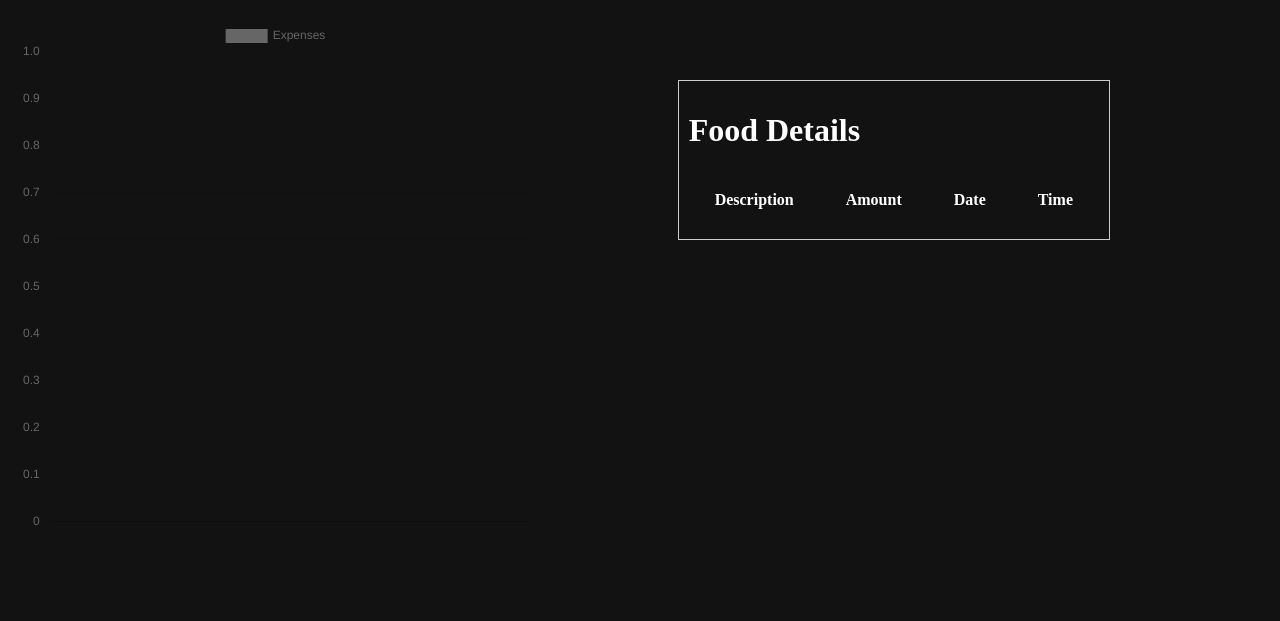
Repository: sarthak-tyagi123/expensetracker12
Page: http://localhost/food_insights
These files come from the project's save history. The page is drawn as it stood at one moment and after a run of saves; the edit follows.
The browser window is 1280 px wide. The pictures show the whole page.
The page is served by the project's Node server (app.js).

Above is the page before, as saved 2025-07-01 16:41:45.

### views/food_insights.ejs
<!DOCTYPE html>
<html lang="en">
<head>
    <meta charset="UTF-8">
    <meta name="viewport" content="width=device-width, initial-scale=1.0">
    <title>Food Insights</title>
    <style>


    body{

      margin: 0;
      padding: 0;
      background-color: #121212;
    }


      .span_box{
      display: flex;
      justify-content: center;
      align-items: center;
      height: 40%;
      width: 40%;
      margin: 20px;


    }


.span2 {
  position: absolute;
  top:80px;
  right:170px;
  padding: 15px;
  color: white;
  max-height: 550px;
  overflow-y: auto;
  border: 1px solid #ccc;
  padding: 10px;

}

table {
  color: white;
  width: 100%;
  border-collapse: collapse;
}

th, td {
  padding: 20px 26px;
  text-align: center;

}





    </style>
</head>
<body>


<span class="span_box">


<canvas id="myChart" width="400px" height="400px"></canvas>


<script src="https://cdn.jsdelivr.net/npm/chart.js"></script>

<script>
  const labels = <%- JSON.stringify(data.map(e => e.description)) %>;
  const amounts = <%- JSON.stringify(data.map(e => Number(e.amount))) %>;

  function getRandomColor(opacity = 0.6) {
    const r = Math.floor(Math.random() * 256);
    const g = Math.floor(Math.random() * 256);
    const b = Math.floor(Math.random() * 256);
    return `rgba(${r}, ${g}, ${b}, ${opacity})`;
  }

  // Generate random background and border colors for each bar
  const backgroundColors = amounts.map(() => getRandomColor(0.6));
  const borderColors = backgroundColors.map(bg => bg.replace(/[\d\.]+\)$/g, '1)'));


  const ctx = document.getElementById('myChart');




  new Chart(ctx, {
    type: 'bar',
    data: {
      labels: labels,
      datasets: [{
        label: 'Expenses',
        data: amounts,
        backgroundColor: backgroundColors,
        borderColor: borderColors,
        borderWidth: 2
      }]
    },
    options: {
      responsive: true,
      scales: {
        y: {
          beginAtZero: true
        }
      }
    }
  });
</script>
 </span>


 <span class="span2">
  <h1 style="color: white;">Food Details</h1>
<table>
  <tr>
    <th>Description</th>
    <th>Amount</th>
    <th>Date</th>
    <th>Time</th>
  </tr>
  <% for(let item of data) { %>
    <tr>
      <td><%= item.description %></td>
      <td><%= item.amount %></td>
      <td><%= item.date %></td>
      <td><%= item.time %></td>
    </tr>
  <% } %>
</table>

</span>
</body>
</html>

### app.js
let express=require("express");
let app=express();
app.use(express.urlencoded({ extended: true }));
app.set("view engine",'ejs');

const path=require("path");
app.use(express.static(path.join(__dirname, 'public')));


app.get("/",function(req,res){
    res.render("home.ejs");
})


const transaction_data=[];
app.post("/transactions",function(req,res){
    const {date,time,amount,category,description } = req.body;
    transaction_data.push({date,time,amount,category,description});
    res.render("transactions.ejs",{data:transaction_data || []});
})

// to get the data from transaction page to insights(category)

app.get("/insights", function (req, res) {

  let categoryAmount_result = {};

  for (let txn of transaction_data) {
    let category = txn.category;
    let amount = parseFloat(txn.amount);

    if (categoryAmount_result [category]) {
      categoryAmount_result [category] += amount;
    } else {
      categoryAmount_result [category] = amount;
    }
  }

  res.render("insights.ejs", { data: categoryAmount_result ,});
});





// to get the data from transaction page to food_insights

app.get("/food_insights", function(req, res) {
  let foodData = [];

  for (let txn of transaction_data) {
    if (txn.category.toLowerCase() === 'food') {
      foodData.push({
        description: txn.description,
        amount: parseFloat(txn.amount),
        date: txn.date,
        time: txn.time
      });
    }
  }

  res.render("food_insights.ejs", { data: foodData });
});





app.listen(3000);

After the next 3 saves:
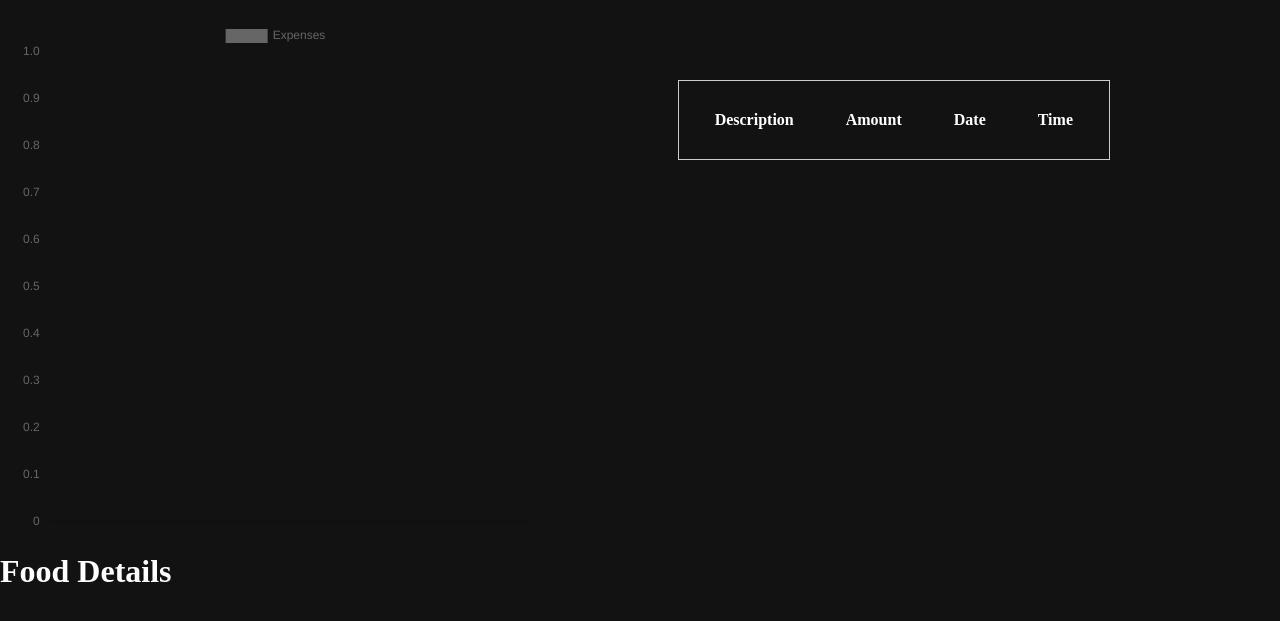
The 3 saves are shown as one change because they came seconds apart.
The last was saved 52 s later.
--- a/views/food_insights.ejs
+++ b/views/food_insights.ejs
@@ -114,9 +114,9 @@ th, td {
 </script>
  </span>
 
+  <h1 style="color: white;">Food Details</h1>
+ <span class="span2">
 
- <span class="span2">
-  <h1 style="color: white;">Food Details</h1>
 <table>
   <tr>
     <th>Description</th>
